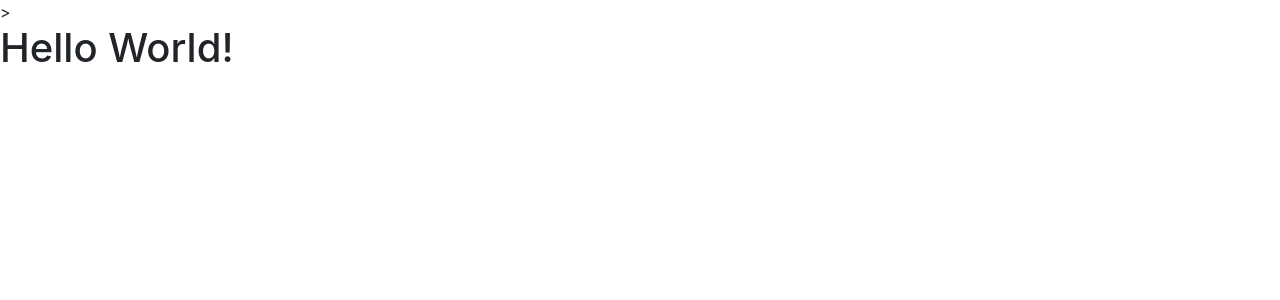
Repository: CKM206/WEBD6201-W2021-Week1
Page: index.html
An editor plug-in stored every save of this project. The page is shown before and after the next save, followed by the edit.
The browser window is 1280 px wide. The pictures show the whole page.

Above is the page before, as saved 2021-01-14 09:14:24.

After the next save:
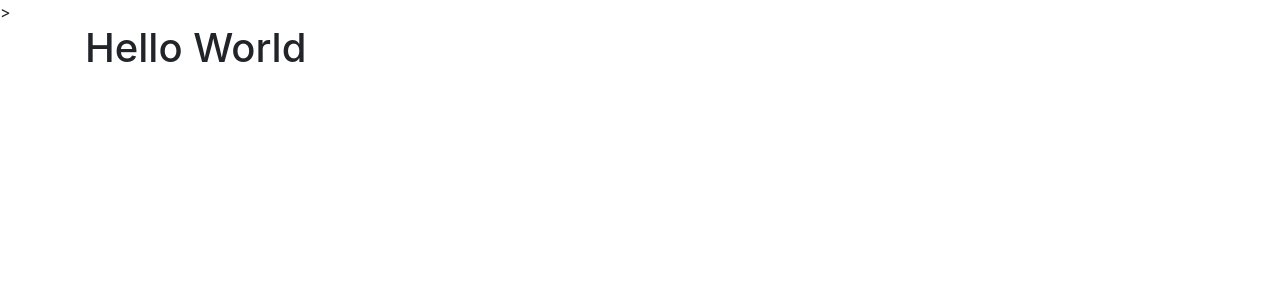
Saved 44 s later.
--- a/index.html
+++ b/index.html
@@ -15,13 +15,12 @@
         <link rel="stylesheet" href="./Content/app.css">
     </head>
     <body>
-
+        <div class="container">
+            <h1>Hello World</h1>
+        </div>
         <!-- JavaScript Section-->
         <script src="./node_modules/jquery/dist/jquery.min.js"></script>
         <script src="./node_modules/bootstrap/dist/js/bootstrap.bundle.min.js"></script>
         <script src="./Scripts/app.js"></script>
-        <div>
-            <h1>Hello World!</h1>
-        </div>
     </body>
 </html>
